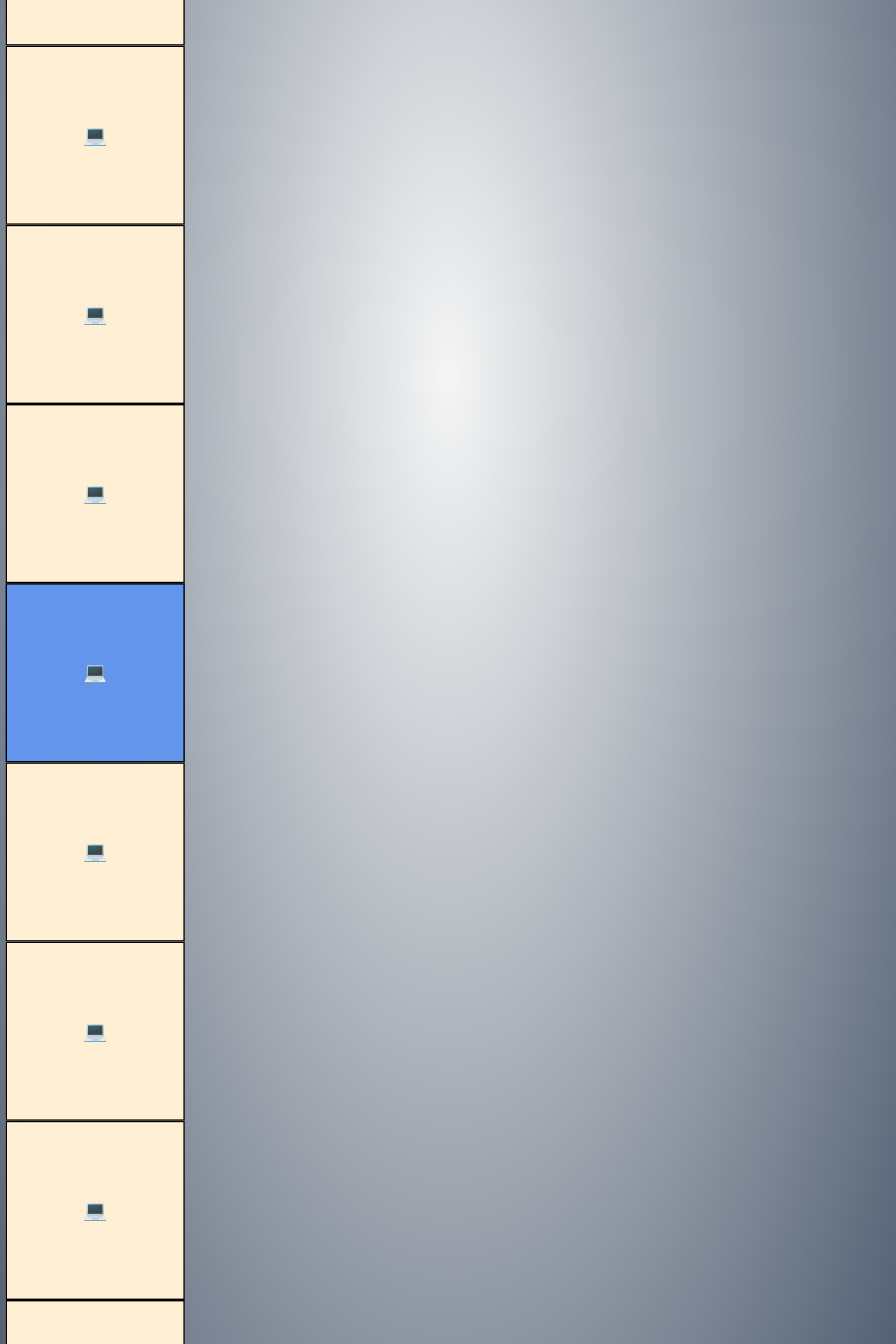
Repository: JavaProgrammerFromEastEurope/project-css-full-tutorial
Page: 21_lesson/index.html
The author's editor kept a copy of each file at every save. The page is drawn from the files as they stood at one save, then again after the next save.
The browser window is 1280 px wide. The pictures show the part of the page from y = 1103 to 3023 px (the page is 3281 px tall), at 70% of full size.

Above is the page before, as saved 2023-04-07 14:44:08.

### 21_lesson/index.html
<!DOCTYPE html>
<html lang="en">

<head>
    <meta charset="UTF-8">
    <meta http-equiv="X-UA-Compatible" content="IE=edge">
    <meta name="viewport" content="width=device-width, initial-scale=1.0">
    <title>CSS Functions</title>
    <link rel="stylesheet" href="css/style.css">
</head>

<body>
    <header>
        <h1>Header</h1>
        <nav>
            <h2>Nav</h2>
        </nav>
    </header>

    <main>
        <!-- <section>
            <h2>My Heading</h2>
            <p class="content">Lorem ipsum dolor sit amet consectetur adipisicing elit. Modi quo aperiam porro, odio
                mollitia suscipit eius
                similique corrupti! Facere nihil cum recusandae officia autem tenetur suscipit exercitationem atque
                tempora
                molestiae.
            </p>
            <br>
            <a href="https://www.google.com/">Google</a>
        </section>
        <aside>
            <h2>Aside</h2>
            <p class="content">
                <span class="tooltip" data-tooltip="This is Latin">Lorem</span> ipsum dolor sit amet consectetur
                adipisicing elit. Modi quo aperiam porro, odio
                mollitia suscipit eius
                similique corrupti! Facere nihil cum recusandae officia autem tenetur suscipit exercitationem atque
                tempora
                molestiae.
            </p>
        </aside> -->
        <div class="square">
            <p>Hey</p>
        </div>
        <div class="square">💻</div>
        <div class="square">💻</div>
        <div class="square">💻</div>
        <div class="square">💻</div>
        <div class="square">💻</div>
        <div class="square">💻</div>
        <div class="square square--highlight">💻</div>
        <div class="square">💻</div>
        <div class="square">💻</div>
        <div class="square">💻</div>
        <div class="square">💻</div>
    </main>

    <footer>
        <h2>Footer</h2>
    </footer>
</body>

</html>

### 21_lesson/css/style.css
@import url('https://fonts.googleapis.com/css2?family=Nunito&display=swap');

/* || RESET */
* {
  margin: 0;
  padding: 0;
  box-sizing: border-box;
}

/* || VARIABLES */
:root {
  /* FONT */
  --FF: 'Nunito', sans-serif;
  --FS: clamp(1.75rem, 3vh, 2.25rem);
	--FS-SM: clamp(1.25rem, 2vh, 1.5rem)
  --FS-XL: 3rem;

  /* COLOR */
  --BGCOLOR: #475569;
  --ALT-BGCOLOR: #1E293B;
  --RADIAL-COLOR: whitesmoke;
  --LIGHT-COLOR: whitesmoke;
  --DARK-COLOR: #000;

  /* SQUARE */
  --SQUARE-BGCOLOR: papayawhip;
  --SQUARE-SIZE: max(150px, 20vw);

  /* GENERAL */
  --PADDING: 0.5rem;
  --SHADOWS: 0 6px 5px -5px var(--DARK-COLOR);
  --BORDERS: 2px solid var(--DARK-COLOR);
}

@media (prefers-color-scheme: dark) {
  :root {
    --BGCOLOR: #000;
    --ALT-BGCOLOR: #333;
    --RADIAL-COLOR: rgb(217, 217, 217);
    --SQUARE-BGCOLOR: rgb(202, 174, 202);
  }
}

/* || GENERAL STYLES */
body {
  font: var(--FS) var(--FF);
  min-height: 100vh;

  background-color: var(--BGCOLOR);
  background-image: radial-gradient(var(--RADIAL-COLOR), var(--BGCOLOR));
  display: flex;
  flex-direction: column;
}

header,
nav,
footer {
  display: grid;
  place-content: center;
  grid-template-columns: 100%;
  text-align: center;
}

header,
footer {
  positon: sticky;
  background-color: var(--ALT-BGCOLOR);
  color: var(--LIGHT-COLOR);
}

header {
  top: 0;
}

nav {
  background-color: var(--LIGHT-COLOR);
  color: var(--DARK-COLOR);
  border-bottom: var(--BORDERS);
  box-shadow: var(--SHADOWS);
}

main {
  flex-grow: 1;
  padding: var(--PADDING);
  display: grid;
  grid-template-column: repeat(4, minmax(100px, 300px))
  gap: min(2vw, 20px);
	/* display: flex;
  flex-flow: column nowrap;
  justify-content: flex-start; */
}

main section {
	flex-grow: 1;
	padding: var(--PADDING);
}

main aside {
	background-color: hsla(0, 0%, 20%, 0.8);
	color: var(--FS-SM);
	font-style: italic;
	padding: var(--PADDING);
}

.content {
	margin-top: 20px;
}


.tooltip {
	border-bottom: 1px dashed orange;
	position: relative;
}

.tooltip:hover::before {
	content: attr(data-tooltip);
	positioin: absolute;
	top: -20px;
	white-space: nowrap;
	background-color: var(--DARK-COLOR);
	padding: var(--PADDING);
	border-radius: 15px;
}

footer {
  bottom: 0;
}

/* || FEATURES */

.square--highlight {
  --SQUARE-BGCOLOR: cornflowerblue;
}

.square {
  background-color: var(--SQUARE-BGCOLOR);
  width: var(--SQUARE-SIZE);
  height: var(--SQUARE-SIZE);
  border: var(--BORDERS);
  border-radius: grid;
  display: grid;
  place-content: center;
  font-size: var(--FS-XL);
  box-shadow: var(--SHADOWS);
}

After the next save:
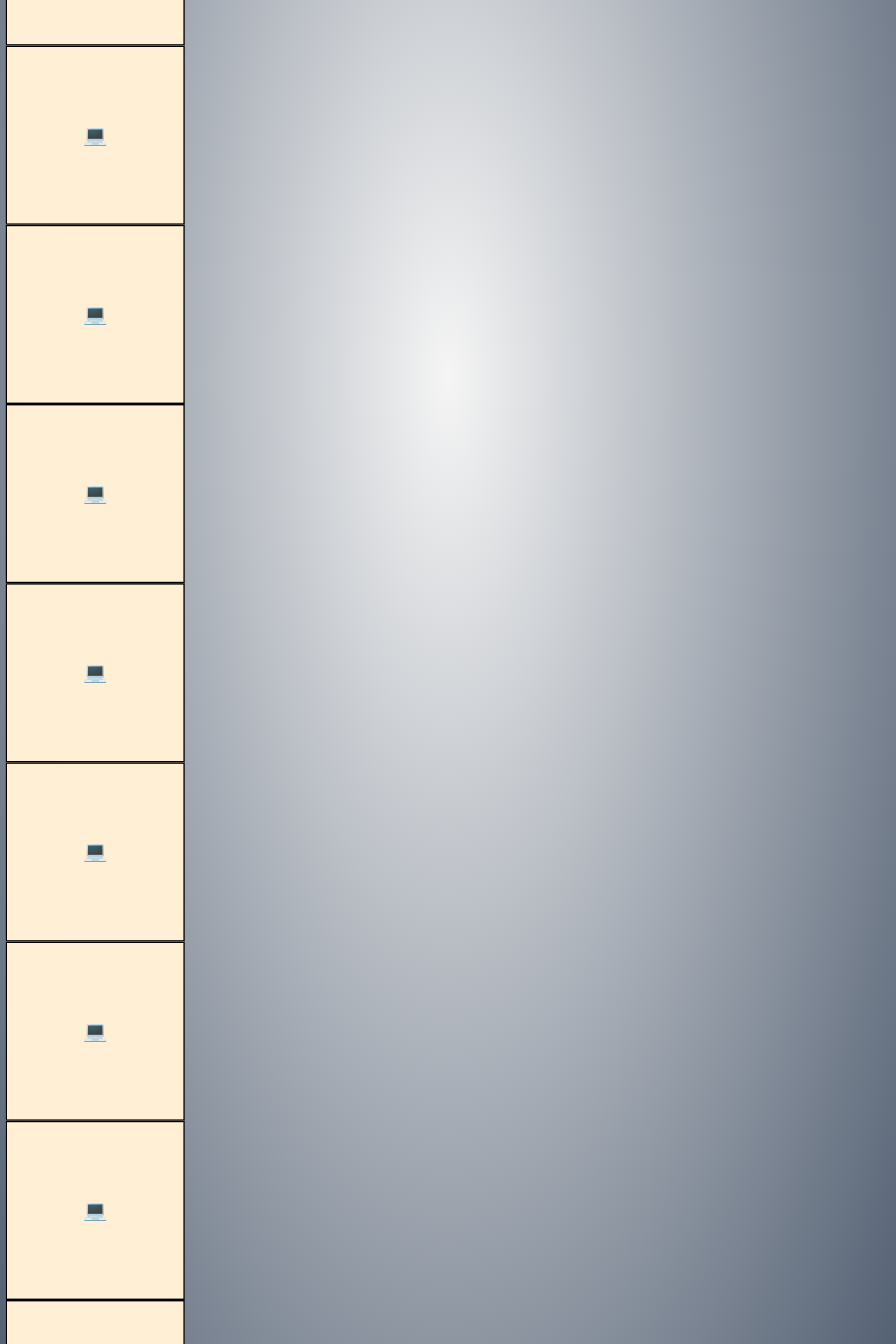
Saved 16 s later.
--- a/21_lesson/css/style.css
+++ b/21_lesson/css/style.css
@@ -126,6 +126,8 @@
   bottom: 0;
 }
 
+a:any-link
+
 /* || FEATURES */
 
 .square--highlight {

After the 3 saves that followed:
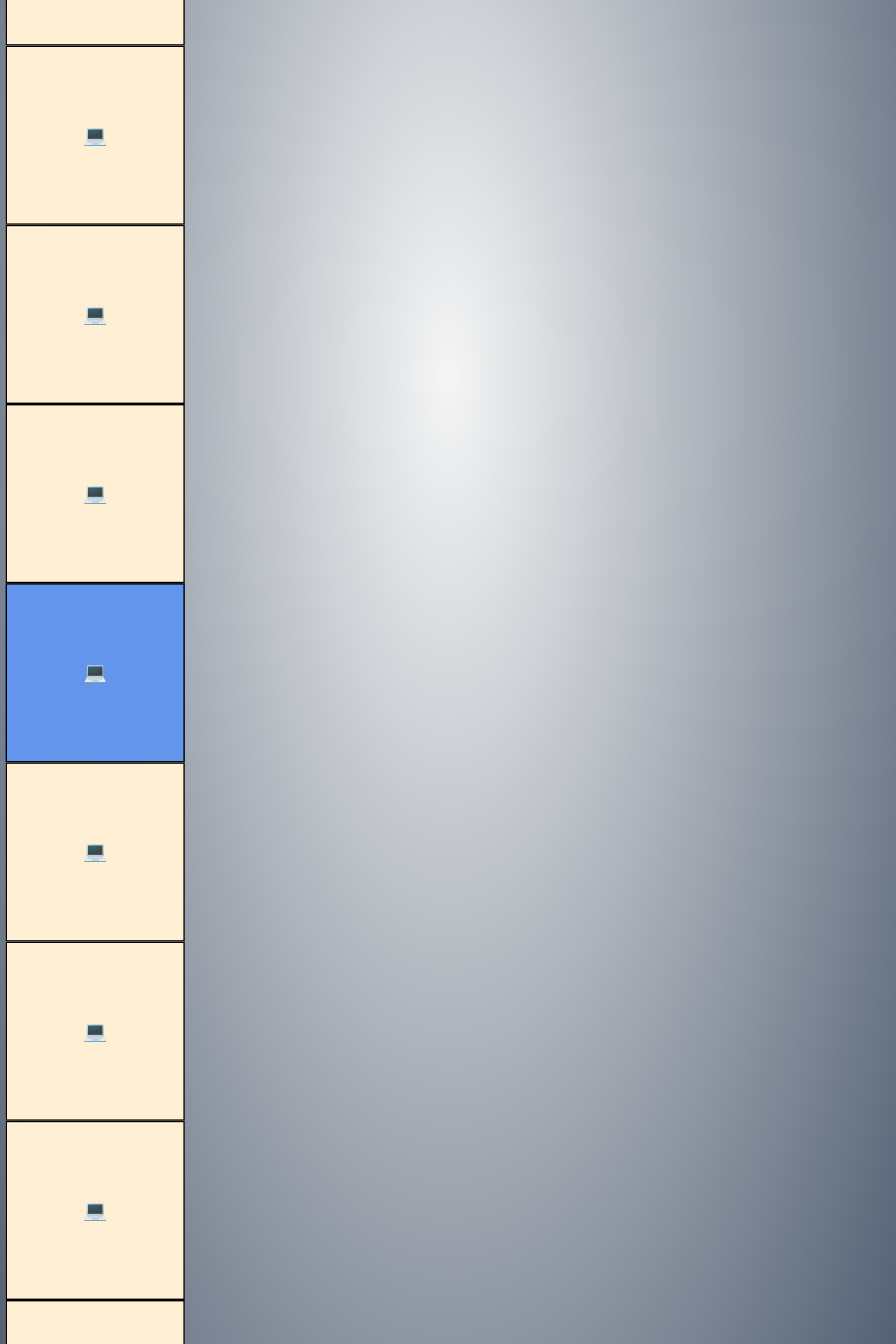
The 3 saves are shown as one change because they came seconds apart.
The last was saved 8 s later.
--- a/21_lesson/css/style.css
+++ b/21_lesson/css/style.css
@@ -126,7 +126,9 @@
   bottom: 0;
 }
 
-a:any-link
+a:any-link {
+	color: firebrick;
+}
 
 /* || FEATURES */
 
